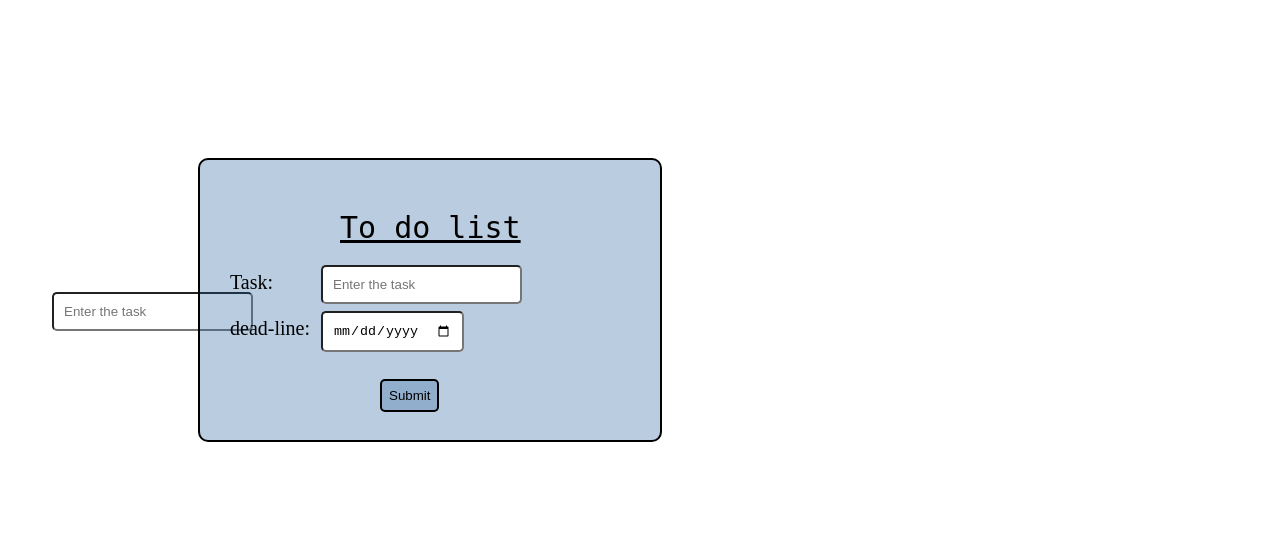
Repository: Akhil-donthula-8977/to_to_spring_boot
Page: http://localhost/To_do/pages/home.jsp
The author's editor kept a copy of each file at every save. The page is drawn from the files as they stood at one save, then again after the next save.
The browser window is 1280 px wide. The pictures show the whole page.
The page is served by Tomcat 10.

Above is the page before, as saved 2023-03-05 08:00:58.
Not found: To_do/To_do/pages/script.js

After the next save:
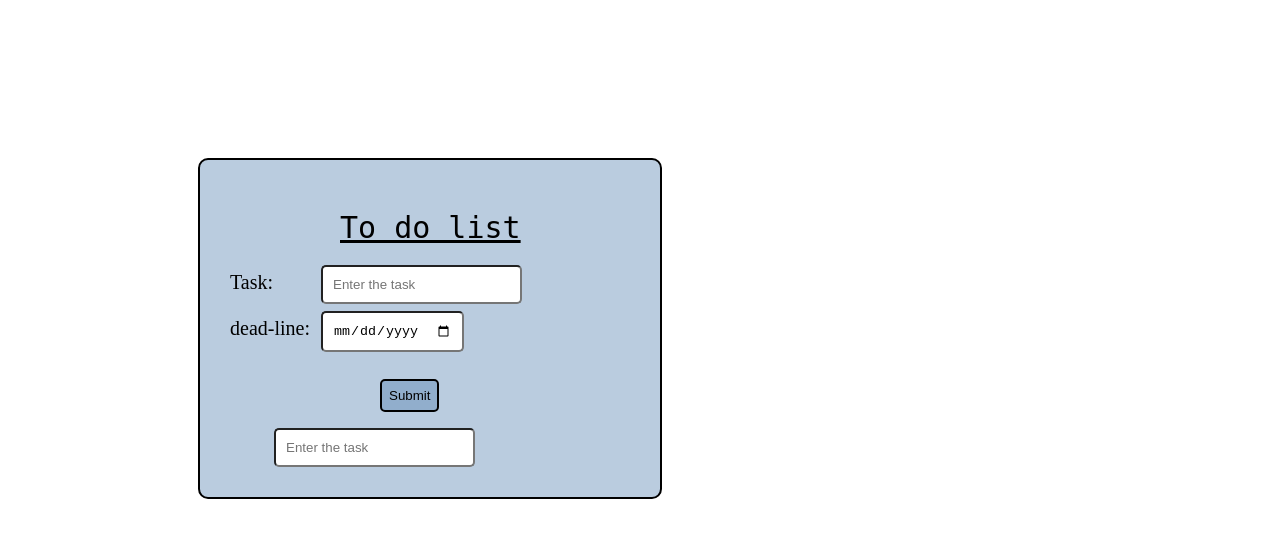
Saved 52 s later.
--- a/To_do/src/main/webapp/pages/home.jsp
+++ b/To_do/src/main/webapp/pages/home.jsp
@@ -83,10 +83,13 @@
 
           <div>  <input type="submit" id="submit"></div>
         </form>
-        <br></div>
-          <form action="/addtask">
+        <br></br>
+        <form action="/addtask">
             <input type="text" class="input" name="taskname" id="task" placeholder="Enter the task">
           </form>
 
+        </div>
+
+
     </body>
 </html>
